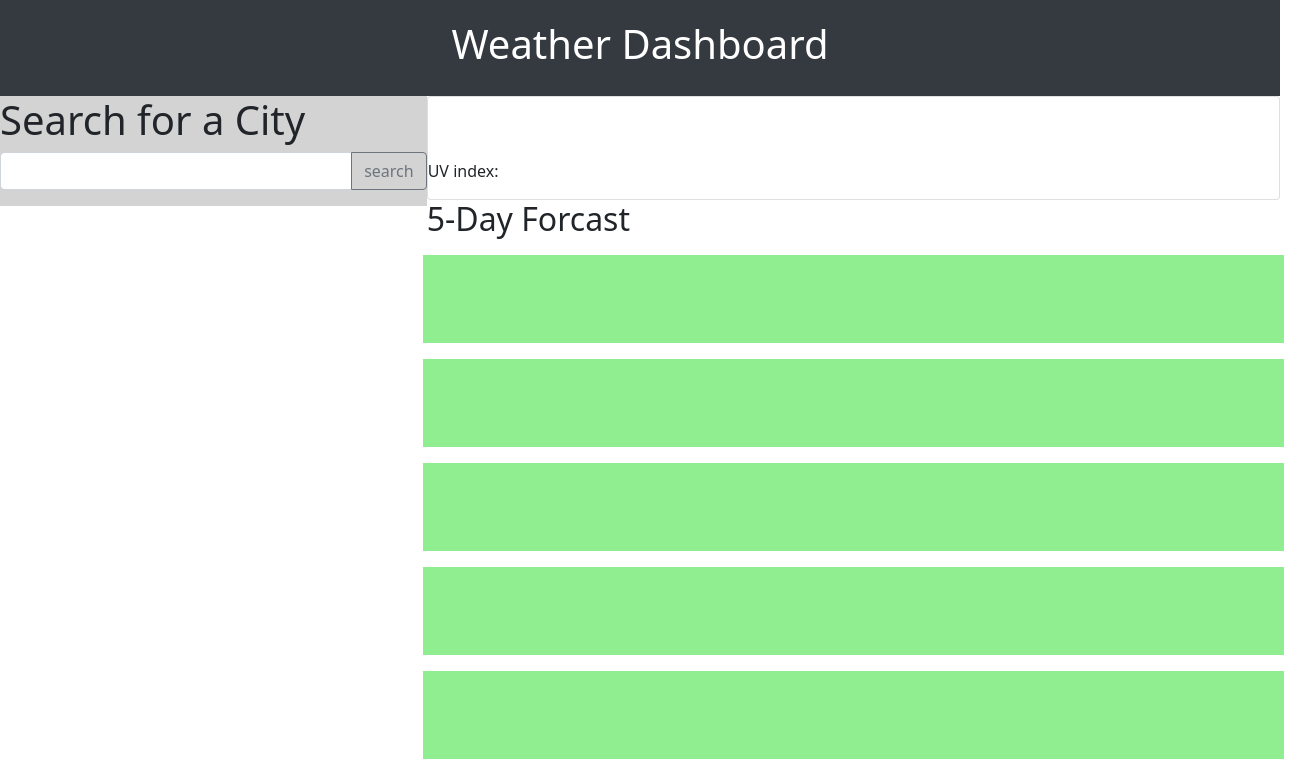
Repository: ziffoit/Weather_Dashboard
Page: index.html
These files come from the project's save history. The page is drawn as it stood at one moment and after the next save; the edit follows.
The browser window is 1280 px wide. The page is 1292 px wide, so the pictures cover 1292 px, including what lies to the right of the window. The pictures show the whole page.

Above is the page before, as saved 2021-03-27 18:53:13.
Console error: SyntaxError: Unexpected identifier 'name'

### index.html
<!DOCTYPE html>
<html lang="en">
  <head>
    <meta charset="UTF-8" />
    <meta name="viewport" content="width=device-width, initial-scale=1.0" />
    <link
      href="https://cdn.jsdelivr.net/npm/bootstrap@5.0.0-beta3/dist/css/bootstrap.min.css"
      rel="stylesheet"
      integrity="sha384-eOJMYsd53ii+scO/bJGFsiCZc+5NDVN2yr8+0RDqr0Ql0h+rP48ckxlpbzKgwra6"
      crossorigin="anonymous"
    />
    <link rel="stylesheet" href="./Assets/style.css" />
    <title>Document</title>
  </head>
  <body>
    <header id="header">
      <h1>Weather Dashboard</h1>
    </header>
    <aside class="col-md-4">
      <h1>Search for a City</h1>
      <div class="input-group mb-3">
        <input type="text" class="form-control" id="cityName" />
        <button class="btn btn-outline-secondary" id="search">search</button>
      </div>
      <div></div>
    </aside>
    <section class="col-lg-8" id="main">
      <div class="card">
        <h2>
          <span id="nameDate"></span>
          <img id="weatherIcon" />
        </h2>
        <div class="">
          <p id="temp"></p>
          <p id="humidity"></p>
          <p id="windSpeed"></p>
          <p>
            UV index:
            <span id="uv"></span>
          </p>
        </div>
      </div>
      <section class="">
        <div class="row">
          <h2>5-Day Forcast</h2>
        </div>
        <div class="row d-flex flex-direction-row">
          <div class="card-body">
            <p id="date1"></p>
            <img id="icon1" />
            <p id="temp1"></p>
            <p id="humidity1"></p>
          </div>
          <div class="card-body">
            <p id="date2"></p>
            <img id="icon2" />
            <p id="temp2"></p>
            <p id="humidity2"></p>
          </div>
          <div class="card-body">
            <p id="date3"></p>
            <img id="icon3" />
            <p id="temp3"></p>
            <p id="humidity3"></p>
          </div>
          <div class="card-body">
            <p id="date4"></p>
            <img id="icon4" />
            <p id="temp4"></p>
            <p id="humidity4"></p>
          </div>
          <div class="card-body">
            <p id="date5"></p>
            <img id="icon5" />
            <p id="temp5"></p>
            <p id="humidity5"></p>
          </div>
        </div>
      </section>
    </section>
    <script src="https://code.jquery.com/jquery-3.6.0.min.js"></script>
    <script src="./Assets/script.js"></script>
  </body>
</html>

### Assets/style.css
#header {
  text-align: center;
  background-color: #343a40;
  padding: 20px;
}

header > h1 {
  color: white;
}

aside {
  background-color: lightgray;
  float: left;
}

#main {
  float: right;
}

.card-body {
  background-color: lightgreen;
  margin: 8px;
}

### Assets/script.js
var apiKey = "665b0a1eacab2f0c5a8cae8e0d5d8de0"

$("#search").on("click", function() {
    var cityName = $("#cityName").val()
    console.log(cityName)
    todaysWeather(cityName)
})

function todaysWeather(cityName) {
    console.log(cityName)
    //  `${var}` instead of + for concat
    fetch(`http://api.openweathermap.org/data/2.5/weather?q=${cityName}&appid=${apiKey}&units=imperial`)
    .then(function(response) {
        return response.json()
    })
    .then(function(data) {
        console.log(data)
        var nameDate = $("#nameDate")
        // adding date in javascript
        nameDate.append(`${data.name} ${new Date().toLocaleDateString()}`)
        var temp = $("#temp")
        temp.append(`Temperature: ${data.main.temp.toString().slice(0,2)}°F`)
        var humidity = $("#humidity")
        humidity.append(`Humidity: ${data.main.humidity}%`)
        var windSpeed = $("#windSpeed")
        windSpeed.append(`Wind Speed: ${data.wind.speed.toString().slice(0,3)}`)
    })
}
// 5 day forcast
api.openweathermap.org/data/2.5/forecast?q={city name}&appid={API key}

After the next save:
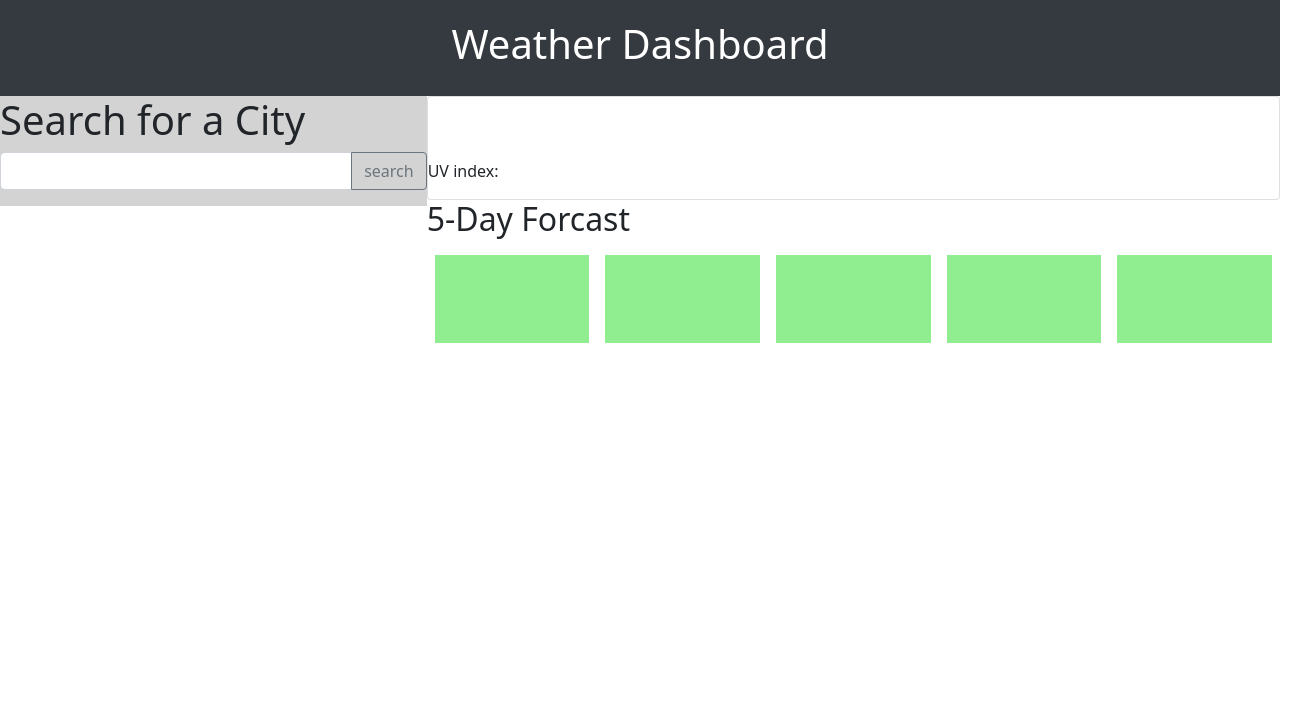
Saved 23 s later.
--- a/index.html
+++ b/index.html
@@ -44,7 +44,7 @@
         <div class="row">
           <h2>5-Day Forcast</h2>
         </div>
-        <div class="row d-flex flex-direction-row">
+        <div class="col d-flex flex-direction-row">
           <div class="card-body">
             <p id="date1"></p>
             <img id="icon1" />
